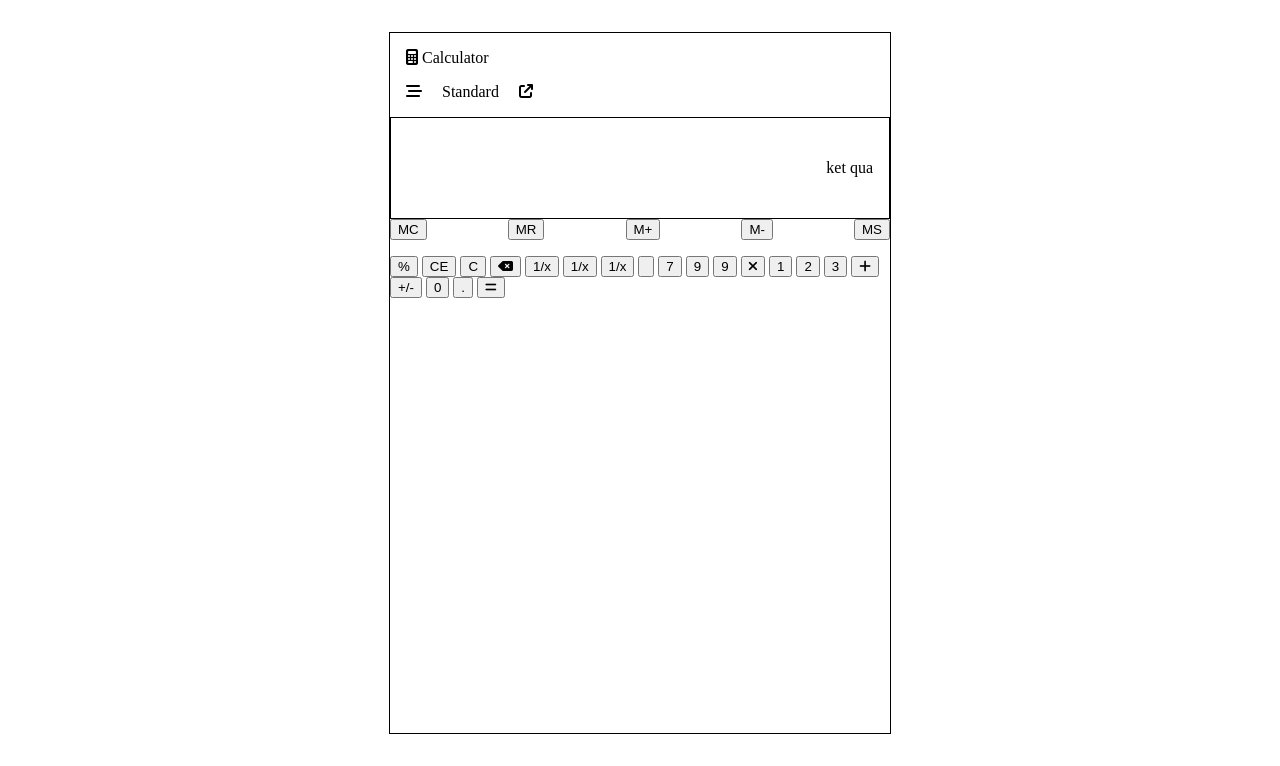
Repository: tungts3qb/Javascript
Page: Calculator/Calculator.html
An editor plug-in stored every save of this project. The page is shown before and after the next save, followed by the edit.
The browser window is 1280 px wide. The pictures show the whole page.

Above is the page before, as saved 2022-12-26 15:47:38.

### Calculator/Calculator.html
<!DOCTYPE html>
<html lang="en">
  <head>
    <meta charset="UTF-8" />
    <meta http-equiv="X-UA-Compatible" content="IE=edge" />
    <meta name="viewport" content="width=device-width, initial-scale=1.0" />
    <link rel="stylesheet" href="./style.css" />
    <link
      rel="stylesheet"
      href="https://cdnjs.cloudflare.com/ajax/libs/font-awesome/6.2.1/css/all.min.css"
      integrity="sha512-MV7K8+y+gLIBoVD59lQIYicR65iaqukzvf/nwasF0nqhPay5w/9lJmVM2hMDcnK1OnMGCdVK+iQrJ7lzPJQd1w=="
      crossorigin="anonymous"
      referrerpolicy="no-referrer"
    />
    <title>Calculator</title>
  </head>
  <body>
    <div class="calculator">
      <div class="calculator-header">
        <i class="fa-solid fa-calculator"></i>
        <span>Calculator</span>
      </div>
      <div class="calculator-nav">
        <i class="fa-solid fa-bars-staggered"></i>
        <span>Standard</span>
        <i class="fa-solid fa-arrow-up-right-from-square"></i>
      </div>
      <div class="caculator-result"><span>ket qua</span></div>
      <div class="calculator-special-function">
        <ul>
          <li><button>MC</button></li>
          <li><button>MR</button></li>
          <li><button>M+</button></li>
          <li><button>M-</button></li>
          <li><button>MS</button></li>
        </ul>
      </div>
      <div class="calculator-buttons">
        <button class="calculator-button">%</button>
        <button class="calculator-button">CE</button>
        <button class="calculator-button">C</button>
        <button class="calculator-button">
          <i class="fa-solid fa-delete-left"></i>
        </button>
        <button class="calculator-button">1/x</button>
        <button class="calculator-button">1/x</button>
        <button class="calculator-button">1/x</button>
        <button class="calculator-button">
          <i class="fas fa-buttonide"></i>
        </button>
        <button class="calculator-button">7</button>
        <button class="calculator-button">9</button>
        <button class="calculator-button">9</button>
        <button class="calculator-button"><i class="fas fa-times"></i></button>
        <button class="calculator-button">1</button>
        <button class="calculator-button">2</button>
        <button class="calculator-button">3</button>
        <button class="calculator-button"><i class="fas fa-plus"></i></button>
        <button class="calculator-button">+/-</button>
        <button class="calculator-button">0</button>
        <button class="calculator-button">.</button>
        <button class="calculator-button"><i class="fas fa-equals"></i></button>
      </div>
    </div>
    <script src="./script.js"></script>
  </body>
</html>

### Calculator/style.css
.calculator {
  width: 500px;
  height: 700px;
  border: 1px solid black;
  margin: 2rem auto;
}

.calculator-header {
  margin-top: 1rem;
  padding-left: 1rem;
}

.calculator-nav {
  padding-left: 1rem;
  margin-top: 1rem;
}

.calculator-nav span {
  margin-left: 1rem;
  margin-right: 1rem;
}

.caculator-result {
  border: 1px solid black;
  margin-top: 1rem;
  height: 100px;
  display: flex;
  justify-content: flex-end;
  align-items: center;
}

.caculator-result span {
  display: block;
  margin-right: 1rem;
}

/* .calculator-special-function {
  display: flex;
  align-items: center;
  justify-content: center;
} */
.calculator-special-function ul {
  width: 100%;
  padding-left: 0;
  list-style: none;
  display: flex;
  margin-top: 0;
  justify-content: space-between;
  align-items: center;
}

.btn-special-fun {
  width: 3rem;
  height: 4rem;
}

Loaded but not shown: Calculator/script.js (no stored copy; drawn as an empty file)

After the next save:
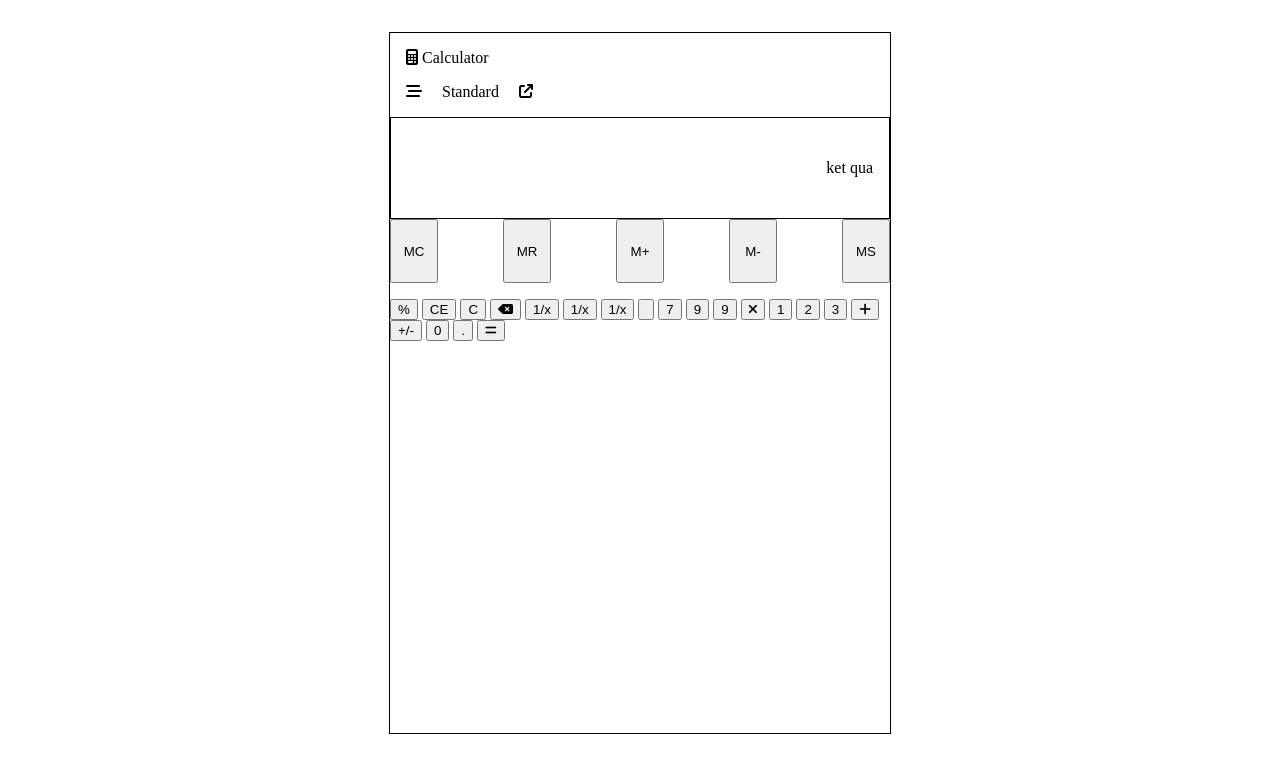
Saved 24 s later.
--- a/Calculator/Calculator.html
+++ b/Calculator/Calculator.html
@@ -28,11 +28,11 @@
       <div class="caculator-result"><span>ket qua</span></div>
       <div class="calculator-special-function">
         <ul>
-          <li><button>MC</button></li>
-          <li><button>MR</button></li>
-          <li><button>M+</button></li>
-          <li><button>M-</button></li>
-          <li><button>MS</button></li>
+          <li><button class="btn-special-fun">MC</button></li>
+          <li><button class="btn-special-fun">MR</button></li>
+          <li><button class="btn-special-fun">M+</button></li>
+          <li><button class="btn-special-fun">M-</button></li>
+          <li><button class="btn-special-fun">MS</button></li>
         </ul>
       </div>
       <div class="calculator-buttons">
